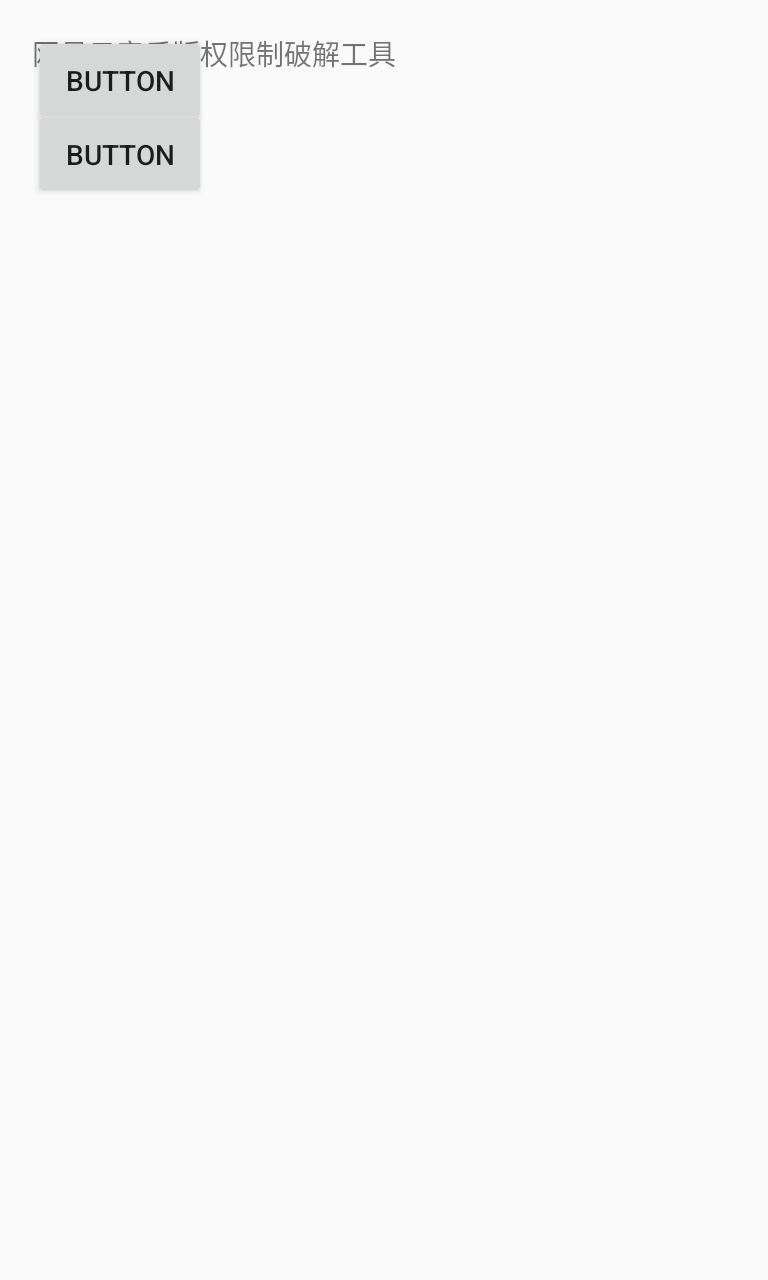
Repository: azureplus/163-music-unlock
Layout: workspace/NetEastMusicCracker/res/layout/activity_main.xml
These files come from the project's save history. The layout is drawn as it stood at one moment and after the next save; the edit follows.
It is drawn on a 768 x 1280 px phone screen (xhdpi) without system bars, with theme AppTheme; the app's code is not run.

Above is the layout before, as saved 2015-10-25 18:47:06.

### workspace/NetEastMusicCracker/res/layout/activity_main.xml
<RelativeLayout xmlns:android="http://schemas.android.com/apk/res/android"
    xmlns:tools="http://schemas.android.com/tools"
    android:layout_width="match_parent"
    android:layout_height="match_parent"
    android:paddingBottom="@dimen/activity_vertical_margin"
    android:paddingLeft="@dimen/activity_horizontal_margin"
    android:paddingRight="@dimen/activity_horizontal_margin"
    android:paddingTop="@dimen/activity_vertical_margin"
    tools:context="org.chiontang.neteastmusiccracker.MainActivity" >

    <TextView
        android:id="@+id/textView1"
        android:layout_width="wrap_content"
        android:layout_height="wrap_content"
        android:text="网易云音乐版权限制破解工具" />

    <Button
        android:id="@+id/button1"
        android:layout_width="wrap_content"
        android:layout_height="wrap_content"
        android:layout_alignParentLeft="true"
        android:layout_below="@+id/textView1"
        android:layout_marginTop="16dp"
        android:text="Button" />

    <Button
        android:id="@+id/button2"
        android:layout_width="wrap_content"
        android:layout_height="wrap_content"

        android:text="Button" />

</RelativeLayout>

Loaded but not shown: workspace/NetEastMusicCracker/res/values/styles.xml (common file); workspace/NetEastMusicCracker/res/values-v11/styles.xml (common file); workspace/NetEastMusicCracker/res/values-v14/styles.xml (common file); workspace/NetEastMusicCracker/res/values/dimens.xml (common file); workspace/NetEastMusicCracker/res/values-w820dp/dimens.xml (common file)

After the next save:
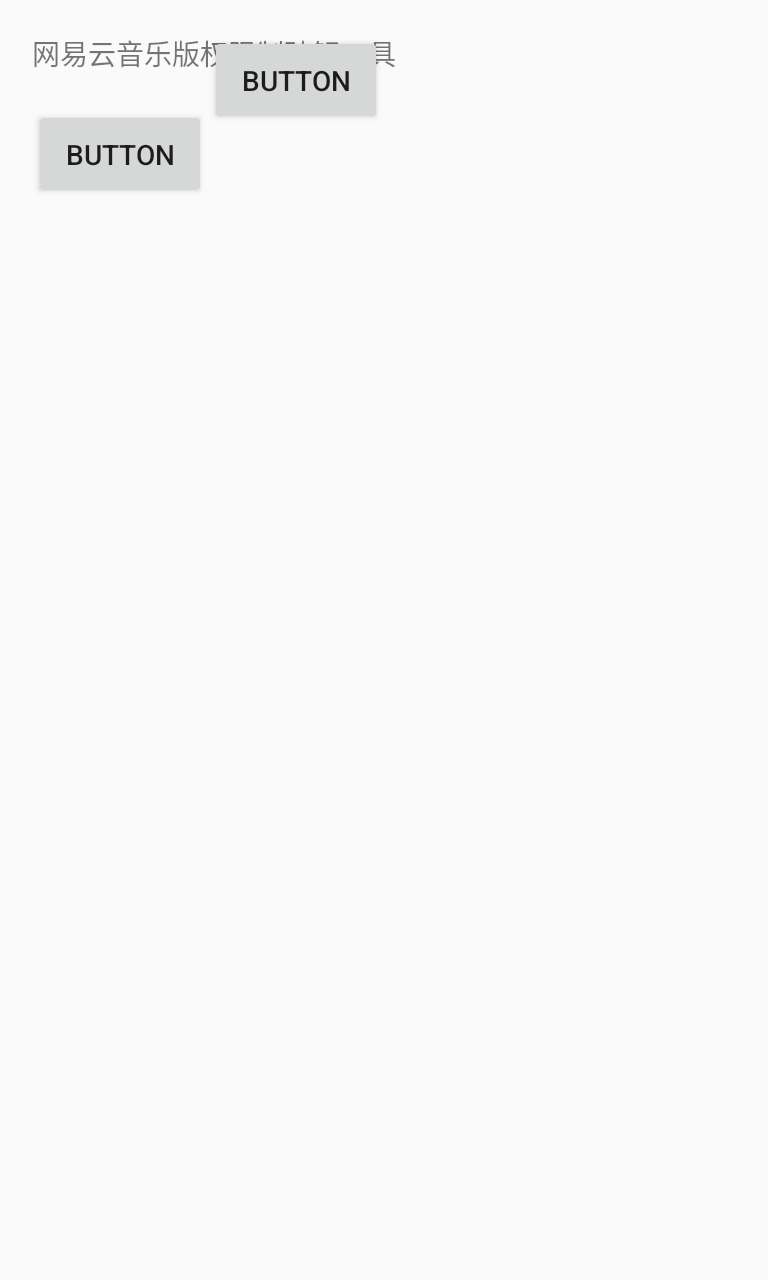
Saved 116 s later.
--- a/workspace/NetEastMusicCracker/res/layout/activity_main.xml
+++ b/workspace/NetEastMusicCracker/res/layout/activity_main.xml
@@ -15,7 +15,7 @@
         android:text="网易云音乐版权限制破解工具" />
 
     <Button
-        android:id="@+id/button1"
+        android:id="@+id/button_activate"
         android:layout_width="wrap_content"
         android:layout_height="wrap_content"
         android:layout_alignParentLeft="true"
@@ -24,10 +24,10 @@
         android:text="Button" />
 
     <Button
-        android:id="@+id/button2"
+        android:id="@+id/button_restore"
         android:layout_width="wrap_content"
         android:layout_height="wrap_content"
-
+        android:layout_toRightOf="@+id/button_activate"
         android:text="Button" />
 
 </RelativeLayout>
